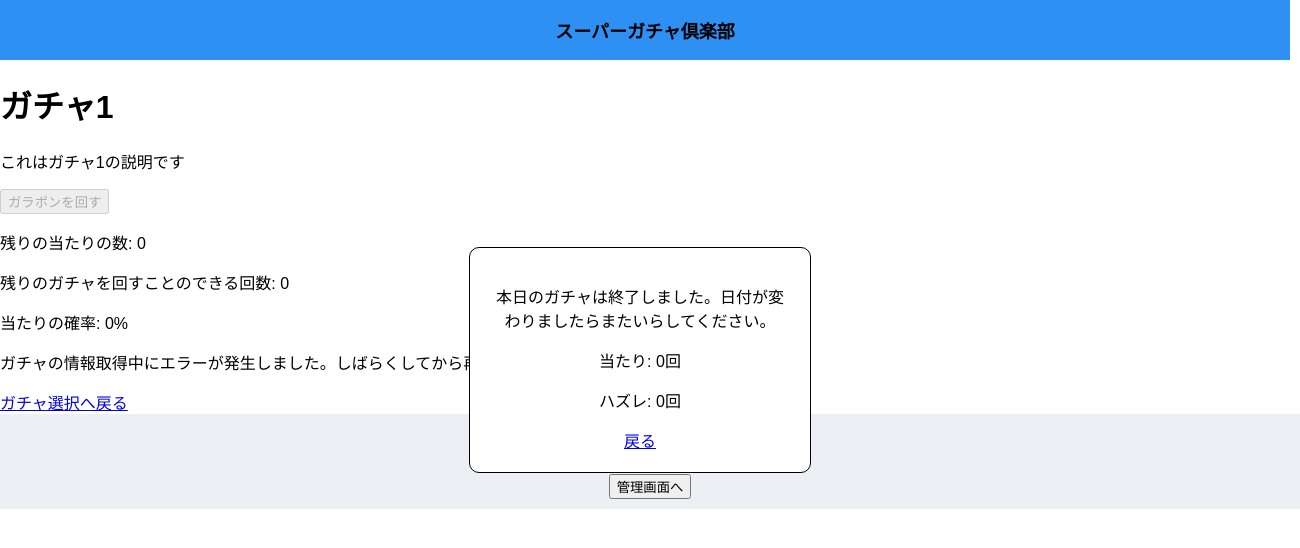
Repository: kskw0000/gggacha
Page: /gacha/1 (app in fronted/)
These files come from the project's save history. The page is drawn as it stood at one moment and after the next save; the edit follows.
The browser window is 1280 px wide. The page is 1300 px wide, so the pictures cover 1300 px, including what lies to the right of the window. The pictures show the whole page.
The page's requests for data from a server got no answer. The project was rebuilt for these pictures with package versions that can differ from the ones it lists, and the page was loaded fresh each time. No one was signed in, and anything a server would have sent is missing. Also part of the build but not shown: fronted/src/components/pages/Admin.js, fronted/src/components/css/WinnerPage.css, fronted/src/components/pages/WinnerPage.js.

Above is the page before, as saved 2023-07-18 18:44:02.

### fronted/src/App.js
import React from 'react';
import './App.css';
import { BrowserRouter as Router, Route, Routes } from "react-router-dom";
import Header from './components/parts/Header';
import Footer from './components/parts/Footer';
import Gacha from './components/pages/Gacha';
import WinnerPage from './components/pages/WinnerPage';
import Admin from './components/pages/Admin';
import { Link } from "react-router-dom";

const GachaCard = ({ title, id }) => (
  <Link to={`/gacha/${id}`}>
    <div className="gacha-card">
      <h2>{title}</h2>
      {/* ここにガチャの画像などを追加することもできます */}
    </div>
  </Link>
);

const GachaRow = ({ title, gachas }) => (
  <div className="gacha-row">
    <h1>{title}</h1>
    <div className="gacha-row-content">
      {gachas.map((gacha, index) => (
        <GachaCard key={index} title={gacha.title} id={gacha.id} />
      ))}
    </div>
  </div>
);


function App() {
  // ここは後でAPIから取得するように変更する予定です
  const gachaData = [
    {
      rowTitle: '人気のガチャ',
      gachas: [
        { id: 1, title: 'ガチャ1' },
        { id: 2, title: 'ガチャ2' },
        // 必要なだけガチャを追加
      ],
    },
    {
      rowTitle: '新着のガチャ',
      gachas: [
        { id: 3, title: 'ガチャ3' },
        { id: 4, title: 'ガチャ4' },
        // 必要なだけガチャを追加
      ],
    },
  ];

  return (
    <Router>
      <div className="App">
        <Header />
        <Routes>
          <Route path="/" element={
            <>
              {gachaData.map((row, index) => (
                <GachaRow key={index} title={row.rowTitle} gachas={row.gachas} />
              ))}
            </>
          } />
          <Route path="/gacha/:id" element={<Gacha />} />
          <Route path="/winner" element={<WinnerPage />} />
          <Route path="/admin" element={<Admin />} />
        </Routes>
        <Footer />
      </div>
    </Router>
  );
}

export default App;

### fronted/src/App.css
.App {
  font-family: Arial, sans-serif;
  padding-top: 60px;
}



.gacha-row {
  margin-bottom: 20px;
}

.gacha-row-content {
  display: flex;
  overflow-x: scroll;
  gap: 10px;
  padding-bottom: 10px;
}

.gacha-card {
  transition: 0.3s;
  /* 他のスタイル属性をここに追加 */
  min-width: 150px;
  height: 200px;
  background-color: #eee;
  box-shadow: 0 2px 8px rgba(0, 0, 0, 0.1);
  border-radius: 5px;
  padding: 10px;
  display: flex;
  align-items: center;
  justify-content: center;
}

.gacha-card:hover {
  transform: translateY(-40px);
}

 /* ガチャ　アニメーション */
@keyframes spin {
  0% { transform: rotate(0deg); }
  100% { transform: rotate(360deg); }
}

.loading-spinner {
  border: 16px solid #f3f3f3; /* Light grey */
  border-top: 16px solid #3498db; /* Blue */
  border-radius: 50%;
  width: 120px;
  height: 120px;
  animation: spin 2s linear infinite;
}

### fronted/src/components/parts/Header.js
import React from 'react';
import '../css/Header.css';

const Header = () => {
  return (
    <header className="header">
      {/* ここにロゴやメニューリンクなどを配置します */}
      <h1>スーパーガチャ倶楽部</h1>
    </header>
  );
}

export default Header;

### fronted/src/components/parts/Footer.js
import React from 'react';
import { useNavigate } from 'react-router-dom';
import '../css/Footer.css';

const Footer = () => {
  const navigate = useNavigate();

  const handleAdminAccess = () => {
    const password = prompt("パスワードを入力してください:");
    if(password === "0000"){  // あなたのパスワードに置き換えてください
      navigate("/admin");
    } else {
      alert("不正なパスワードです。");
    }
  }

  return (
    <footer className="footer">
      {/* ここに著作権情報やリンクなどを配置します */}
      <p>&copy; 2023 ProReach. All rights reserved.</p>
      <button onClick={handleAdminAccess}>管理画面へ</button>
    </footer>
  );
}

export default Footer;

### fronted/src/components/pages/Gacha.js
import React from 'react';
import { useParams, Link } from 'react-router-dom';
import GachaMachine from "../parts/GachaMachine";
import Admin from "./Admin";


function Gacha() {
  const { id } = useParams(); // URLパラメータからガチャのIDを取得します

  // これは仮のデータです。後でAPIからデータを取得するように変更する予定です
  const gachaData = {
    title: 'ガチャ' + id,
    description: 'これはガチャ' + id + 'の説明です',
  };

  return (
    <div>
      <h1>{gachaData.title}</h1>
      <p>{gachaData.description}</p>
      <GachaMachine />
    </div>
  );
}

export default Gacha;

### fronted/src/components/css/Header.css
.header {
    position: fixed;
    top: 0;
    height: 50px;
    padding: 5px;
    background-color: #2e90f2;
    text-align: center;
    width: 100%;
    /* 他のスタイル属性をここに追加 */
  }

  .header h1 {
    font-size: 18px;
  }

### fronted/src/components/css/Footer.css
.footer {
    padding: 10px;
    background-color: #ecf0f4;
    text-align: center;
    width: 100%;
    bottom: 0;
    /* 他のスタイル属性をここに追加 */
  }

### fronted/src/components/parts/GachaMachine.js
import React, { useState, useEffect } from 'react';
import { useSpring, animated } from 'react-spring';
import axios from 'axios';
import { Link, useNavigate } from 'react-router-dom';
import '../css/GachaMachine.css';

const GachaMachine = () => {
  const [result, setResult] = useState(null);
  const [error, setError] = useState(null);
  const [loading, setLoading] = useState(false);
  const [availableWins, setAvailableWins] = useState(0);
  const [availableRolls, setAvailableRolls] = useState(0);
  const [winProbability, setWinProbability] = useState(0);
  const navigate = useNavigate();

  const serverUrl = process.env.REACT_APP_SERVER_URL;

  const { transform } = useSpring({
    loop: loading,
    from: { transform: 'rotate(0deg)' },
    to: { transform: 'rotate(360deg)' },
    config: { duration: 2000 },
  });

  const fadeIn = useSpring({
    opacity: result ? 1 : 0,
    config: { duration: 1000 },
  });

  const handleGacha = async () => {
    setResult(null);
    setError(null);
    setLoading(true);
    try {
      const response = await axios.get(`${serverUrl}/gacha`);
      const { isWin, winCode, availableWins, availableRolls } = response.data;
      setResult(isWin ? "当たり！赤い玉が出ました！" : "ハズレ...白い玉が出ました");
      setAvailableWins(availableWins);
      setAvailableRolls(availableRolls);
      if (isWin) {
        localStorage.setItem('winCode', winCode);
        navigate('/winner');
      }
    } catch (error) {
      console.error('Error during the gacha roll:', error.response || error);
      setError('ガチャの抽選中にエラーが発生しました。しばらくしてから再度試してください。');
    }

    setLoading(false);
  };

  const getGachaInfo = async () => {
    try {
      const response = await axios.get(`${serverUrl}/gacha/info`);
      const { availableWins, availableRolls, winProbability } = response.data;
      setAvailableWins(availableWins);
      setAvailableRolls(availableRolls);
      setWinProbability(winProbability);
    } catch (error) {
      console.error('Error during the get gacha info:', error);
      setError('ガチャの情報取得中にエラーが発生しました。しばらくしてから再度試してください。');
    }
  };

  useEffect(() => {
    console.log('https://gggacha.onrender.com/:', process.env.REACT_APP_SERVER_URL);
    getGachaInfo();
  }, []);

  return (
    <div>
      <button onClick={handleGacha} disabled={loading || availableWins === 0 || availableRolls === 0}>
        {loading ? 'Rolling...' : 'ガラポンを回す'}
      </button>
      <animated.div style={transform}>
        {/* ここにガチャマシンの画像を表示するコード */}
      </animated.div>
      <p>残りの当たりの数: {availableWins}</p>
      <p>残りのガチャを回すことのできる回数: {availableRolls}</p>
      <p>当たりの確率: {winProbability}%</p>
      {error && <p className="error">{error}</p>}
      <animated.div style={fadeIn}>
        {result && <p>{result}</p>}
      </animated.div>
      <Link to="/">ガチャ選択へ戻る</Link>
      {(availableWins === 0 || availableRolls === 0) &&
        <div className="popup">
          <p>本日のガチャは終了しました。日付が変わりましたらまたいらしてください。</p>
          <p>当たり: {availableWins}回</p>
          <p>ハズレ: {availableRolls}回</p>
          <Link to="/">戻る</Link>
        </div>
      }
    </div>
  );
};

export default GachaMachine;

### fronted/src/components/css/GachaMachine.css
.popup {
  position: fixed;
  top: 50%;
  left: 50%;
  transform: translate(-50%, -50%);
  width: 80%;
  max-width: 300px;
  padding: 20px;
  background: white;
  border: 1px solid black;
  border-radius: 10px;
  text-align: center;
  z-index: 1000; /* 他の要素より前面に表示 */
}

Loaded but not shown: fronted/public/index.html (common file); fronted/src/index.js (common file); fronted/src/index.css (common file); fronted/src/reportWebVitals.js (common file)

After the next save:
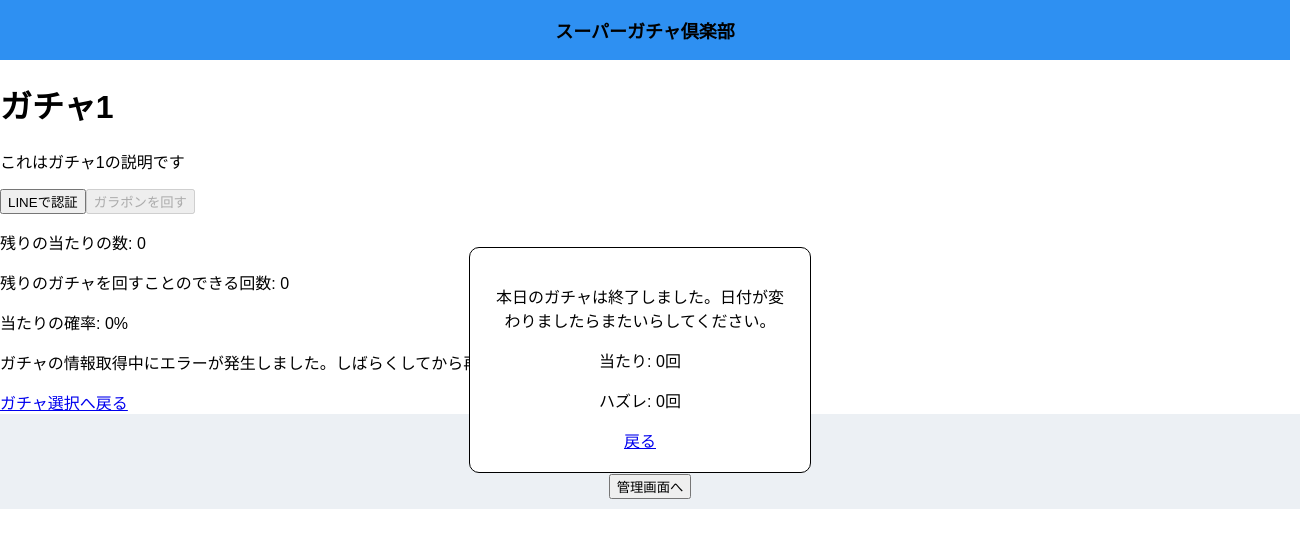
Saved 17 h 27 min later.
--- a/fronted/src/components/parts/GachaMachine.js
+++ b/fronted/src/components/parts/GachaMachine.js
@@ -1,7 +1,7 @@
 import React, { useState, useEffect } from 'react';
 import { useSpring, animated } from 'react-spring';
 import axios from 'axios';
-import { Link, useNavigate } from 'react-router-dom';
+import { Link, useNavigate, useLocation } from 'react-router-dom';
 import '../css/GachaMachine.css';
 
 const GachaMachine = () => {
@@ -11,7 +11,9 @@
   const [availableWins, setAvailableWins] = useState(0);
   const [availableRolls, setAvailableRolls] = useState(0);
   const [winProbability, setWinProbability] = useState(0);
+  const [authenticated, setAuthenticated] = useState(false);
   const navigate = useNavigate();
+  const location = useLocation();
 
   const serverUrl = process.env.REACT_APP_SERVER_URL;
 
@@ -26,6 +28,23 @@
     opacity: result ? 1 : 0,
     config: { duration: 1000 },
   });
+
+  useEffect(() => {
+    const urlParams = new URLSearchParams(location.search);
+    const code = urlParams.get('code');
+    if (code) {
+      // sendCodeToServer(code);
+    }
+  }, [location]);
+
+  const handleLineAuth = () => {
+    const YOUR_LINE_CHANNEL_ID = process.env.YOUR_LINE_CHANNEL_ID;
+    const YOUR_REDIRECT_URI = process.env.YOUR_REDIRECT_URI;
+    const SOME_RANDOM_STRING = process.env.SOME_RANDOM_STRING;
+
+    const LINE_AUTH_URL = `https://access.line.me/oauth2/v2.1/authorize?response_type=code&client_id=${YOUR_LINE_CHANNEL_ID}&redirect_uri=${YOUR_REDIRECT_URI}&state=${SOME_RANDOM_STRING}&scope=profile`;
+    window.location.href = LINE_AUTH_URL;
+  };
 
   const handleGacha = async () => {
     setResult(null);
@@ -69,7 +88,8 @@
 
   return (
     <div>
-      <button onClick={handleGacha} disabled={loading || availableWins === 0 || availableRolls === 0}>
+      {!authenticated && <button onClick={handleLineAuth}>LINEで認証</button>}
+      <button onClick={handleGacha} disabled={loading || availableWins === 0 || availableRolls === 0 || !authenticated}>
         {loading ? 'Rolling...' : 'ガラポンを回す'}
       </button>
       <animated.div style={transform}>

After the save that followed:
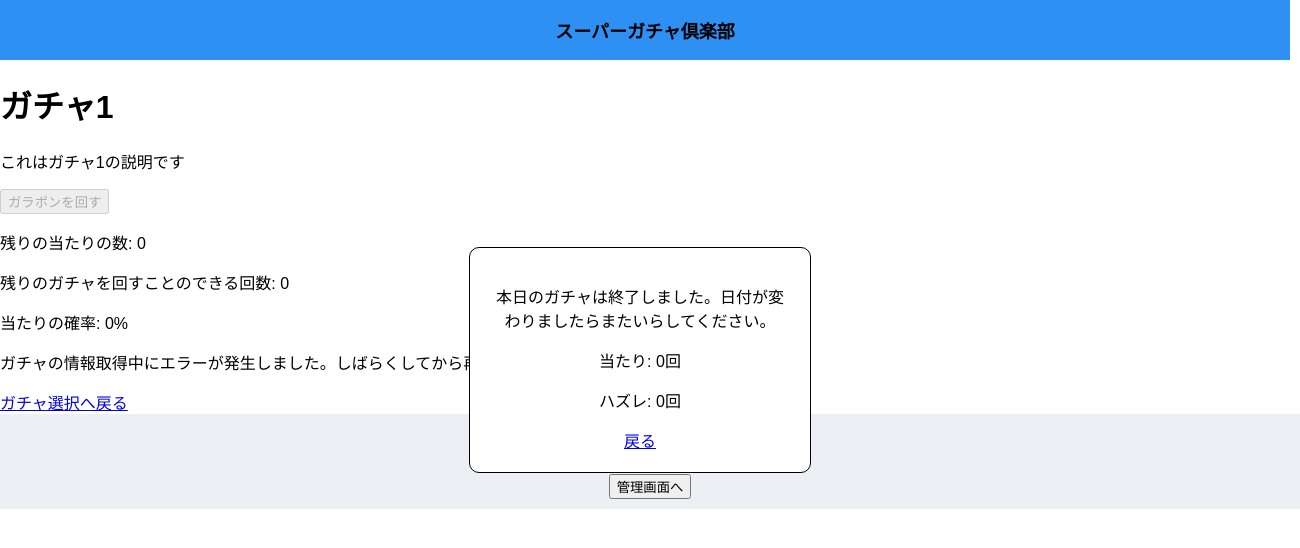
Saved 71 s later.
--- a/fronted/src/components/parts/GachaMachine.js
+++ b/fronted/src/components/parts/GachaMachine.js
@@ -1,7 +1,7 @@
 import React, { useState, useEffect } from 'react';
 import { useSpring, animated } from 'react-spring';
 import axios from 'axios';
-import { Link, useNavigate, useLocation } from 'react-router-dom';
+import { Link, useNavigate } from 'react-router-dom';
 import '../css/GachaMachine.css';
 
 const GachaMachine = () => {
@@ -11,9 +11,7 @@
   const [availableWins, setAvailableWins] = useState(0);
   const [availableRolls, setAvailableRolls] = useState(0);
   const [winProbability, setWinProbability] = useState(0);
-  const [authenticated, setAuthenticated] = useState(false);
   const navigate = useNavigate();
-  const location = useLocation();
 
   const serverUrl = process.env.REACT_APP_SERVER_URL;
 
@@ -28,23 +26,6 @@
     opacity: result ? 1 : 0,
     config: { duration: 1000 },
   });
-
-  useEffect(() => {
-    const urlParams = new URLSearchParams(location.search);
-    const code = urlParams.get('code');
-    if (code) {
-      // sendCodeToServer(code);
-    }
-  }, [location]);
-
-  const handleLineAuth = () => {
-    const YOUR_LINE_CHANNEL_ID = process.env.YOUR_LINE_CHANNEL_ID;
-    const YOUR_REDIRECT_URI = process.env.YOUR_REDIRECT_URI;
-    const SOME_RANDOM_STRING = process.env.SOME_RANDOM_STRING;
-
-    const LINE_AUTH_URL = `https://access.line.me/oauth2/v2.1/authorize?response_type=code&client_id=${YOUR_LINE_CHANNEL_ID}&redirect_uri=${YOUR_REDIRECT_URI}&state=${SOME_RANDOM_STRING}&scope=profile`;
-    window.location.href = LINE_AUTH_URL;
-  };
 
   const handleGacha = async () => {
     setResult(null);
@@ -88,8 +69,7 @@
 
   return (
     <div>
-      {!authenticated && <button onClick={handleLineAuth}>LINEで認証</button>}
-      <button onClick={handleGacha} disabled={loading || availableWins === 0 || availableRolls === 0 || !authenticated}>
+      <button onClick={handleGacha} disabled={loading || availableWins === 0 || availableRolls === 0}>
         {loading ? 'Rolling...' : 'ガラポンを回す'}
       </button>
       <animated.div style={transform}>
